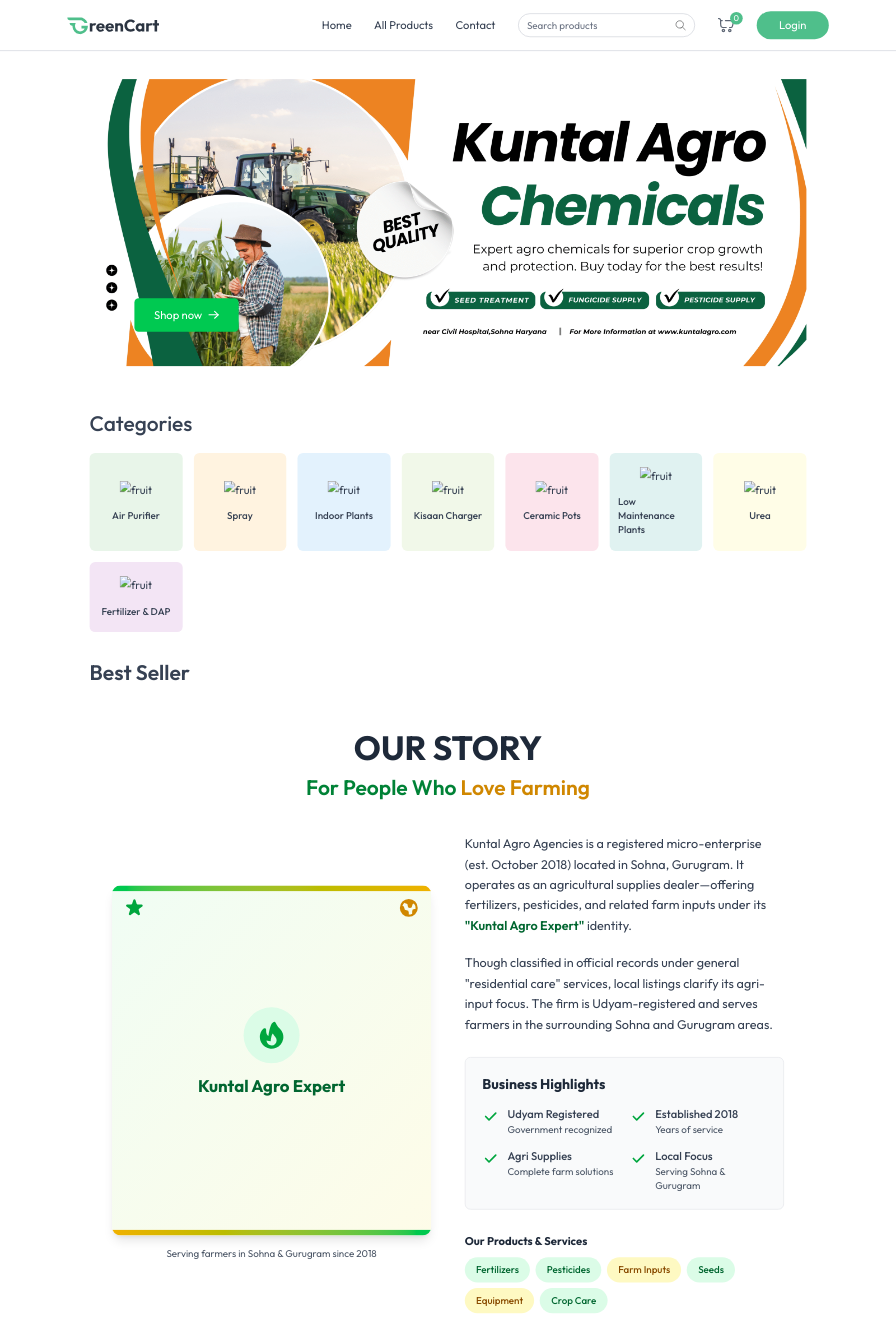
Repository: deepak445566/cv
Page: / (app in client/)
The author's editor kept a copy of each file at every save. The page is drawn from the files as they stood at one save, then again after a run of saves.
The browser window is 1280 px wide. The pictures show the part of the page from y = 0 to 1920 px (the page is 2613 px tall before and 2798 px after), at 70% of full size.
The page's requests for data from a server got no answer. Some web fonts or font styles are not loaded; a fallback is used. The project was rebuilt for these pictures with package versions that can differ from the ones it lists, and the page was loaded fresh each time. No one was signed in, and anything a server would have sent is missing. Also part of the build but not shown: client/vite.config.js, client/src/components/ProductCard.jsx, client/src/components/BottomBanner.jsx, client/src/components/Login.jsx, client/src/pages/AllProduct.jsx, client/src/pages/Productcato.jsx, client/src/pages/ProductDetail.jsx, client/src/pages/Cart.jsx and 8 more.

Above is the page before, as saved 2025-12-14 19:52:21.

### client/index.html
<!doctype html>
<html lang="en">
  <head>
    <meta charset="UTF-8" />
    <link rel="icon" type="image/svg+xml" href="/favicon.svg" />
    <meta name="viewport" content="width=device-width, initial-scale=1.0" />
    <title>Grocery</title>
  </head>
  <body>
    <div id="root"></div>
    <script type="module" src="/src/main.jsx"></script>
  </body>
</html>

### client/src/main.jsx
import { StrictMode } from 'react'
import { createRoot } from 'react-dom/client'
import './index.css'
import App from './App.jsx'
import {BrowserRouter} from 'react-router-dom'
import { AppContextProvider } from './context/AppContext.jsx'


createRoot(document.getElementById('root')).render(
  <BrowserRouter>
  <AppContextProvider>
    <App />
    </AppContextProvider>
 </BrowserRouter>,
)

### client/src/index.css



@import url('https://fonts.googleapis.com/css2?family=Anton&family=Archivo+Black&family=Bebas+Neue&family=Bungee&family=Exo+2:ital,wght@0,100..900;1,100..900&family=Frijole&family=Kaushan+Script&family=Lilita+One&family=Mozilla+Headline:wght@200..700&family=Outfit:wght@100..900&family=Poppins:ital,wght@0,100;0,200;0,300;0,400;0,500;0,600;0,700;0,800;0,900;1,100;1,200;1,300;1,500;1,600;1,700;1,800;1,900&family=Rowdies:wght@300;400;700&family=Signika+Negative:wght@300..700&display=swap');

@import "tailwindcss";

*{
  font-family: "Outfit", sans-serif;
}
@theme {
  --color-primary:#4fbf8b;
  --color-primary-dull: #44ae7c;
}

### client/src/App.jsx
import React from 'react'
import Navbar from './components/Navbar'
import Home from './pages/Home'
import { Route, Routes, useLocation } from 'react-router-dom'
import { Toaster } from 'react-hot-toast';
import Footer from './components/Footer';
import { useAppContext } from './context/AppContext';
import Login from './components/Login';
import AllProduct from './pages/AllProduct';
import Productcato from './pages/Productcato';
import ProductDetail from './pages/ProductDetail';
import Cart from './pages/Cart';
import Addaddress from './components/Addaddress';
import Myorders from './pages/Myorders';
import SellerLogin from './components/seller/SellerLogin';
import SellerLayout from './pages/seller/SellerLayout';
import Addproduct from './pages/seller/Addproduct';
import ProductList from './pages/seller/ProductList';
import Order from './pages/seller/Order';
import Loading from './components/Loading';

function App() {

  const isSellerPath = useLocation().pathname.includes("seller");
const {showLogin,isSeller} =useAppContext();


  return (
  <>
  <div className='text-default min-h-screen text-gray-700 bg-white'>
{isSellerPath ? null : <Navbar/>}
{showLogin ? <Login/> : null}
<Toaster></Toaster>
<div className={` ${isSellerPath ? " ":"px-6 md:px-16 lg:px-24 xl:px-32" }`}>
  <Routes>
    <Route path='/' element={<Home/>}/>
    <Route path='/products' element={<AllProduct/>}/>
    <Route path='/products/:category' element={<Productcato/>}/>
    <Route path='/products/:category/:id' element={<ProductDetail/>}/>
  <Route path='/cart' element={<Cart/>}/>
  <Route path='/add-address' element={<Addaddress/>}/>
  <Route path='/myOrders' element={<Myorders/>}/>
<Route path="/loader" element={<Loading/>}/>



  <Route path='/seller' element={isSeller?<SellerLayout/> :<SellerLogin/>}>
  <Route index element={isSeller?<Addproduct/>:null} />
<Route path='product-list' element={isSeller?<ProductList/>:null} />
<Route path='orders' element={<Order/>}/>



  </Route>


  </Routes>
</div>
 {!isSellerPath && <Footer />}
</div>
  </>
  )
}

export default App

### client/src/context/AppContext.jsx
import { createContext, useContext, useEffect, useState } from "react";
import { useNavigate } from "react-router-dom";
import { dummyProducts } from "../assets/assets";
import toast from "react-hot-toast";
import axios from "axios";


axios.defaults.withCredentials = true;
axios.defaults.baseURL = import.meta.env.VITE_BACKEND_URL;






export const AppContext = createContext();

export const AppContextProvider = ({ children }) => {
  const navigate = useNavigate();

  const [user, setUser] = useState(null);
  const [isSeller, setIsSeller] = useState(false);
  const [showLogin, setShowLogin] = useState(false);
  const [products, setProducts] = useState([]);
  const [cartItems, setCartItems] = useState({});
  const [search, setSearch] = useState({});

  //status//
  const fetchSeller = async () =>{
    try {
      const {data} = await axios.get("/api/seller/isauth");
      if(data.success){
        setIsSeller(true);
      }
      else{
        setIsSeller(false);
      }
    } catch (error) {
      setIsSeller(false);
    }
  }



  const fetchUser = async ()=>{
    try {
      const {data} = await axios.get('/api/user/isauth');
      if(data.success){
        setUser(data.user)
        setCartItems(data.user.cartItems)

      }
    } catch (error) {
      setUser(null)
    }
  }


  // Fetch products
  const fetchProducts = async () => {
   try{
const {data} = await axios.get("/api/product/list")
if(data.success){
  setProducts(data.products)
}else{
  toast.error(data.message)
}
   }catch(error){
toast.error(error.message)
   }
  };

  // Add to cart
  const addToCart = (itemId) => {
    let cartData = structuredClone(cartItems);
    if (cartData[itemId]) {
      cartData[itemId] += 1;
    } else {
      cartData[itemId] = 1;
    }
    setCartItems(cartData);
    console.log(cartItems);
    toast.success("Added to Cart");
  };

  // Update cart quantity
  const updateCart = (itemId, quantity) => {
    let cartData = structuredClone(cartItems);
    if (quantity <= 0) {
      delete cartData[itemId];
    } else {
      cartData[itemId] = quantity;
    }
    setCartItems(cartData);
  };

  // Remove product from cart completely
  const removeFromCart = (itemId) => {
    let cartData = structuredClone(cartItems);
    if (cartData[itemId]) {
      delete cartData[itemId];
      setCartItems(cartData);
      toast.success("Removed from Cart");
    }
  };

  const getcount = () => {
    let totalcount = 0;
    for (const item in cartItems) {
      totalcount += cartItems[item];
    }
    return totalcount;
  };

  const gettotal = () => {
    let totalAmount = 0;
    for (const itemId in cartItems) {
      let itemInfo = products.find((pro) => pro._id === itemId);
      if (itemInfo && cartItems[itemId] > 0) {
        totalAmount += itemInfo.offerPrice * cartItems[itemId]; // ✅ fixed property name
      }
    }
    return Math.floor(totalAmount * 100) / 100;
  };

  useEffect(() => {
    fetchSeller()
    fetchUser()
    fetchProducts()
  }, []);
//databasecrt items//
useEffect(()=>{
const updateCart = async () => {
  try {
    const { data } = await axios.post('/api/cart/update', {
      userId: user._id,   // make sure user object has _id
      cartItems
    });
    if (!data.success) {
      toast.error(data.message);
    }
  } catch (error) {
    toast.error(error.message);
  }
};

if(user){
  updateCart()
}


},[cartItems])



  const value = {
    navigate,
    user,
    setUser,
    isSeller,
    setIsSeller,
    showLogin,
    setShowLogin,
    products,
    addToCart,
    updateCart,
    removeFromCart, // ⬅ new function
    cartItems,
    search,
    setSearch,
    getcount,
    gettotal,
    axios,
    fetchProducts,
    setCartItems
  };

  return <AppContext.Provider value={value}>{children}</AppContext.Provider>;
};

// Custom hook
export const useAppContext = () => {
  return useContext(AppContext);
};

### client/src/components/Navbar.jsx
import React, { useEffect } from 'react'
import { NavLink } from 'react-router-dom'
import { assets } from '../assets/assets'
import { useAppContext } from '../context/AppContext'
import toast from 'react-hot-toast'
function Navbar() {
     const [open, setOpen] = React.useState(false)
     const {user,setUser,setShowLogin,navigate,setSearch,search,getcount,axios}= useAppContext();

     useEffect(()=>{
if(search.length>0){
  navigate("/products")
}
     },[search])


     const Logout=async()=>{

      try{
const {data} = await axios.get("/api/user/logout")
if(data.success){
  toast.success(data.message)
     setUser(null);
      navigate('/')
}else{
  toast.error(data.message)
}
      }catch(error){
toast.error(error.message)
      }

     }
  return (
  <>
 <nav className="flex items-center justify-between px-6 md:px-16 lg:px-24  py-4 border-b border-gray-300 bg-white relative transition-all z-40">

          <NavLink to='/' onClick={()=>setOpen(false)}>
            <img src={assets.logo}/>
          </NavLink>

            {/* Desktop Menu */}
            <div className="hidden sm:flex items-center gap-8">
              <NavLink to="/">Home</NavLink>
                <NavLink to="/products">All Products</NavLink>
                  <NavLink to="/">Contact</NavLink>

                <div className="hidden lg:flex items-center text-sm gap-2 border border-gray-300 px-3 rounded-full">
                    <input onChange={(e)=>setSearch(e.target.value)} className="py-1.5 w-full bg-transparent outline-none placeholder-gray-500" type="text" placeholder="Search products" />
                   <img src={assets.search_icon} className='w-4 h-4'/>
                </div>

                <div onClick={()=>navigate("/cart")} className="relative cursor-pointer ">
                   <img src={assets.nav_cart_icon} className='w-6 opacity-80'/>
                    <button className="absolute -top-2 -right-3 text-xs text-white bg-primary w-[18px] h-[18px] rounded-full">{getcount()}</button>
                </div>

                {!user ? (<button onClick={()=>setShowLogin(true)} className="cursor-pointer px-8 py-2 bg-primary hover:bg-primary-dull transition text-white rounded-full">
                    Login
                </button>):(
                  <div className='relative group'>

                    <img src={assets.profile_icon} className='w-10'/>
                    <ul className='hidden group-hover:block absolute top-10 right-0 bg-white shadow border border-gray-200  py-2.5 w-30 rounded-md text-sm z-40'>
                      <li onClick={()=>navigate("myOrders")} className='p-1.5 pl-3 hover:bg-primary/10 cursor-pointer'>
                        My Orders
                      </li>
                      <li onClick={()=>Logout()} className='p-1.5 pl-3 hover:bg-primary/10 cursor-pointer'>Logout</li>
                    </ul>
                  </div>
                )}
            </div>
<div className='flex items-center gap-6 sm:hidden'>

                <div onClick={()=>navigate("/cart")} className="relative cursor-pointer ">
                   <img src={assets.nav_cart_icon} className='w-6 opacity-80'/>
                    <button className="absolute -top-2 -right-3 text-xs text-white bg-primary w-[18px] h-[18px] rounded-full">{getcount()}</button>
                </div>
    <button onClick={() => open ? setOpen(false) : setOpen(true)} aria-label="Menu" >
                {/* Menu Icon SVG */}
              <img src={assets.menu_icon}/>
            </button>
</div>


            {/* Mobile Menu */}
            <div className={`${open ? 'flex' : 'hidden'} absolute top-[60px] left-0 w-full bg-white shadow-md py-4 flex-col items-start gap-2 px-5 text-sm md:hidden`}>
              <NavLink to="/" onClick={()=>setOpen(false)}>Home</NavLink>
                       <NavLink to="/products" onClick={()=>setOpen(false)}>All Products</NavLink>
                       {user &&
                             <NavLink to="/products" onClick={()=>setOpen(false)}>My Orders</NavLink>}

              <NavLink to="/" onClick={()=>setOpen(false)}>Contact</NavLink>


              {!user?( <button          onClick={()=>{setOpen(false), setShowLogin(true)}}

              className="cursor-pointer px-6 py-2 mt-2 bg-primary hover:bg-primary-dull transition text-white rounded-full text-sm">

                    Login
                </button>):( <button onClick={()=>Logout()} className="cursor-pointer px-6 py-2 mt-2 bg-primary hover:bg-primary-dull transition text-white rounded-full text-sm">
                    Logout
                </button>)}

            </div>

        </nav>
  </>
  )
}

export default Navbar

### client/src/pages/Home.jsx
import React from 'react'

import MainBanner from '../components/MainBanner'
import Categories from '../components/Categories'
import BestSeller from '../components/BestSeller'
import BottomBanner from '../components/BottomBanner'
import NewsLetter from '../components/NewsLetter'
import OurStory from '../components/ourStory'

export default function() {
  return (
   <>
   <div className='mt-10'>
    <MainBanner/>
    <Categories/>
    <BestSeller/>
    <OurStory/>

    <NewsLetter/>

   </div>
   </>
  )
}

### client/src/components/Footer.jsx
import React from 'react'
import { assets, footerLinks } from '../assets/assets'

function Footer() {
  return (
 <>
  <div className="px-6 md:px-16 lg:px-24 xl:px-32 mt-24">
            <div className="flex flex-col md:flex-row items-start justify-between gap-10 py-10 border-b border-gray-500/30 text-gray-500">
                <div>
                    <img className="w-34 md:w-32" src={assets.logo} alt="dummyLogoColored" />
                    <p className="max-w-[410px] mt-6">We deliver fresh groceries and snacks straight to your door. Trusted by thousands, we aim to make your shopping experience simple and affordable.</p>
                </div>
                <div className="flex flex-wrap justify-between w-full md:w-[45%] gap-5 ">
                    {footerLinks.map((section, index) => (
                        <div key={index}>
                            <h3 className="font-semibold text-base text-gray-900 md:mb-5 mb-2">{section.title}</h3>
                            <ul className="text-sm space-y-1">
                                {section.links.map((link, i) => (
                                    <li key={i}>
                                        <a href={link.url} className="hover:underline transition">{link.text}</a>
                                    </li>
                                ))}
                            </ul>
                        </div>
                    ))}
                </div>
            </div>
            <p className="py-4 text-center text-sm md:text-base text-gray-500/80">
                Copyright 2025 © <a href="https://prebuiltui.com">GreatStack.dev</a> All Right Reserved.
            </p>
        </div>

 </>
  )
}

export default Footer

### client/src/components/MainBanner.jsx
import React from "react";
import { assets } from "../assets/assets";
import { Link } from "react-router-dom";

function MainBanner() {
  return (
    <div className="relative w-full">
      {/* Banner image */}
      <img
        src="/main1.png"
        alt="Main banner"
        className="w-full hidden md:block"
      />
      <img
        src={assets.main_banner_bg_sm}
        alt="Main banner mobile"
        className="w-full md:hidden"
      />

      {/* Overlay content */}
      <div className="absolute inset-0 flex flex-col justify-center md:items-start items-center px-6 md:px-16 mt-96 lg:mt-0 md:mt-0">


        {/* Buttons */}
        <div className="mt-66 flex flex-col md:flex-row items-center  md:justify-start gap-4">
          <Link
            to="/products"
            className="flex items-center gap-2 px-7 py-3 bg-green-500 hover:bg-green-600 text-white rounded-md transition"
          >
            Shop now
            <img
              src={assets.white_arrow_icon}
              alt="arrow"
              className="w-4 h-4"
            />
          </Link>


        </div>
      </div>
    </div>
  );
}

export default MainBanner;

### client/src/components/Categories.jsx
import React from "react";
import { assets, categories } from "../assets/assets";
import { useAppContext } from "../context/AppContext";

function Categories() {
  const { navigate } = useAppContext();
  return (
    <div className="mt-16">
      <p className="text-2xl md:text-3xl font-medium mb-6">Categories</p>

      <div className="grid grid-cols-2 sm:grid-cols-3 md:grid-cols-5 lg:grid-cols-6 xl:grid-cols-7 gap-4">
        {categories.map((cato, index) => (
          <div
            key={index}
            className="group cursor-pointer py-5 px-3 gap-2 rounded-lg flex flex-col justify-center items-center  "
            style={{ backgroundColor: cato.bgColor }}
            onClick={() => {
              navigate(`/products/${cato.path.toLowerCase()}`);
              scrollTo(0, 0);
            }}
          >
            <img
              src={cato.image}
              alt="fruit"
              className="transition-transform duration-300 group-hover:scale-110 max-w-28"
            />
            <p className="text-sm font-medium mt-2">{cato.text}</p>
          </div>
        ))}
        {/* Category Item */}
      </div>
    </div>
  );
}

export default Categories;

### client/src/components/BestSeller.jsx
import React from "react";
import ProductCard from "./ProductCard";
import { useAppContext } from "../context/AppContext";

function BestSeller() {
  const { products } = useAppContext();

  return (
    <div className="mt-10">
      {/* Heading */}
      <p className="text-2xl md:text-3xl font-semibold mb-4">
        Best Seller
      </p>

      {/* Products Grid */}
      <div className="grid grid-cols-2 sm:grid-cols-3 md:grid-cols-4 lg:grid-cols-5 gap-4 lg:gap-6">
        {products
          .filter((item) => item.inStock)
          .slice(0, 5)
          .map((item) => (
            <ProductCard key={item._id} product={item} />
          ))}
      </div>
    </div>
  );
}

export default BestSeller;

### client/src/components/NewsLetter.jsx
import React from 'react'

function NewsLetter() {
  return (
   <div className="flex flex-col items-center justify-center text-center space-y-2 mt-20">
            <h1 className="md:text-4xl text-2xl font-semibold">Never Miss a Deal!</h1>
            <p className="md:text-lg text-gray-500/70 pb-8">
                Subscribe to get the latest offers, new arrivals, and exclusive discounts
            </p>
            <form className="flex items-center justify-between max-w-2xl w-full md:h-13 h-12">
                <input
                    className="border border-gray-300 rounded-md h-full border-r-0 outline-none w-full rounded-r-none px-3 text-gray-500"
                    type="text"
                    placeholder="Enter your email id"
                    required
                />
                <button type="submit" className="md:px-12 px-8 h-full text-white bg-primary hover:bg-primary-dull transition-all cursor-pointer rounded-md rounded-l-none">
                    Subscribe
                </button>
            </form>
        </div>

  )
}

export default NewsLetter

Loaded but not shown: client/src/assets/assets.js (853 lines, source omitted); client/src/components/ourStory.jsx (171 lines, source omitted)

After the next 3 saves:
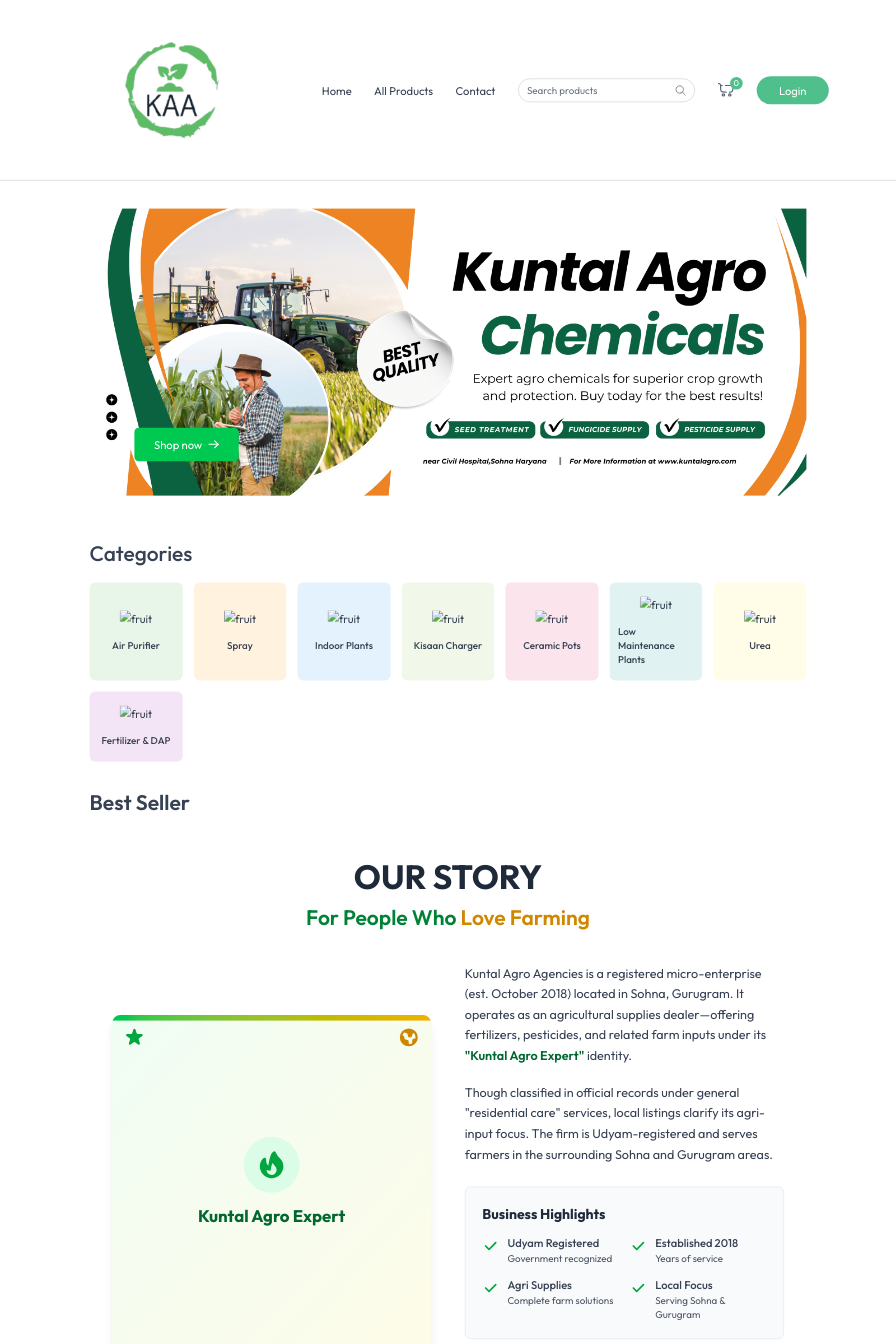
The 3 saves are shown as one change because they came seconds apart.
The last was saved 22 s later.
--- a/client/src/components/Navbar.jsx
+++ b/client/src/components/Navbar.jsx
@@ -35,7 +35,7 @@
  <nav className="flex items-center justify-between px-6 md:px-16 lg:px-24  py-4 border-b border-gray-300 bg-white relative transition-all z-40">
 
           <NavLink to='/' onClick={()=>setOpen(false)}>
-            <img src={assets.logo}/>
+            <img src="logo.png"/>
           </NavLink>
 
             {/* Desktop Menu */}
